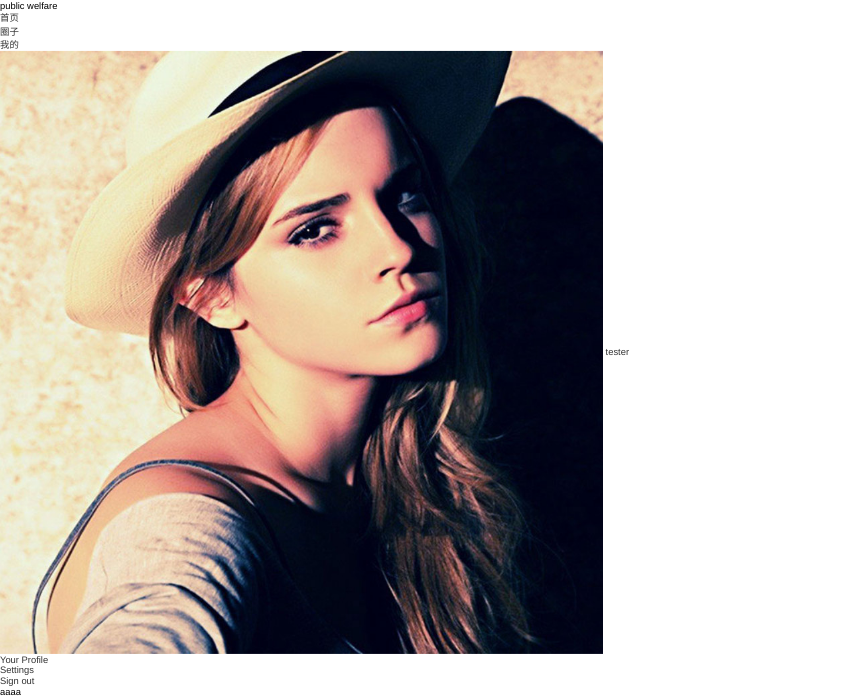
Repository: wjiawei97/FrontEndExercises
Page: 6. bigEvent/index.html
An editor plug-in stored every save of this project. The page is shown before and after the next save, followed by the edit.
The browser window is 1280 px wide. The pictures show the whole page, at 67% of full size.

Above is the page before, as saved 2021-08-12 06:27:06.

After the next save:
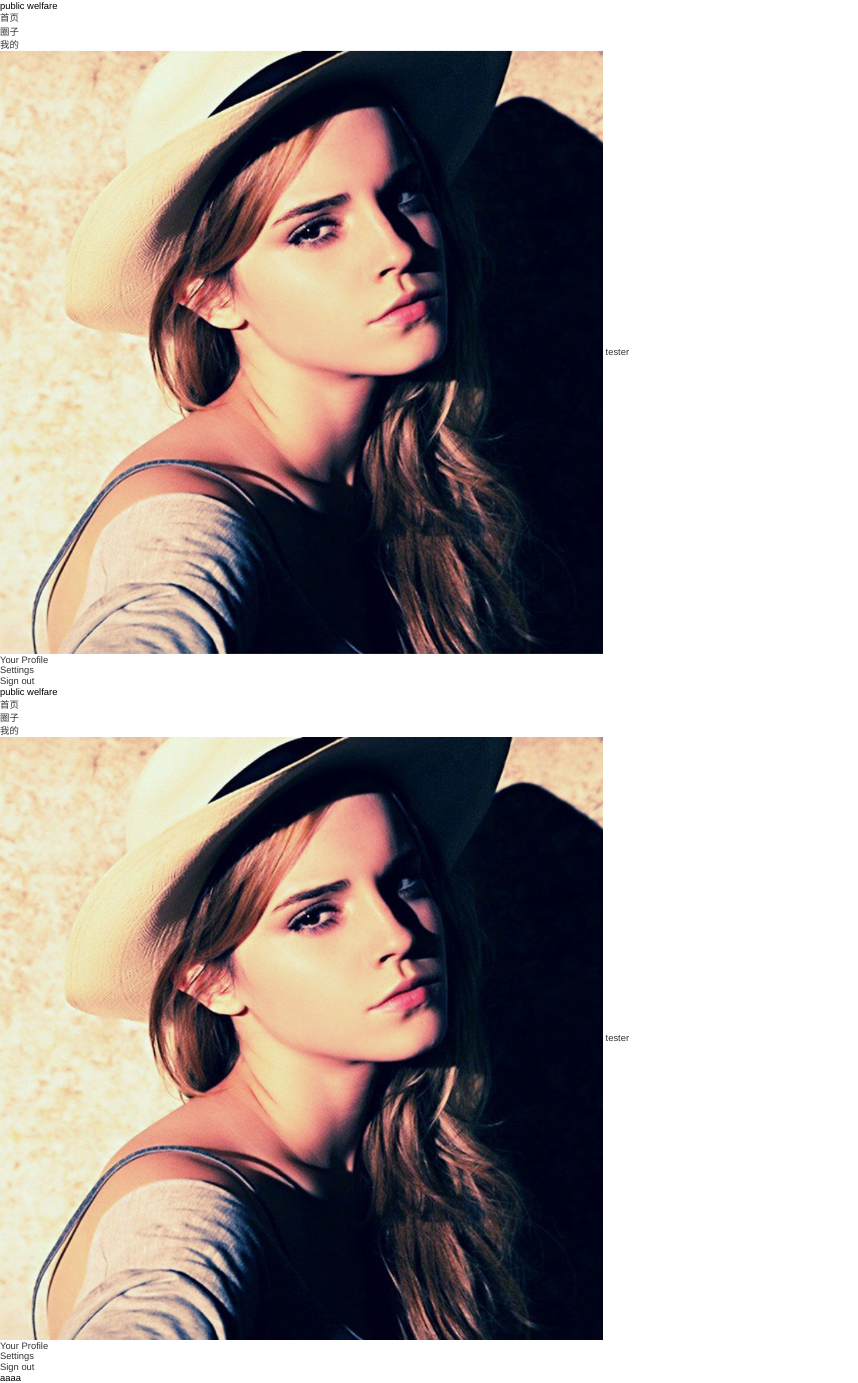
Saved 86 s later.
--- a/6. bigEvent/index.html
+++ b/6. bigEvent/index.html
@@ -1,3 +1,64 @@
+<!DOCTYPE html>
+<html lang="en">
+
+<head>
+    <meta charset="UTF-8">
+    <meta http-equiv="X-UA-Compatible" content="IE=edge">
+    <meta name="viewport" content="width=device-width, initial-scale=1.0">
+    <title>Document</title>
+    <link rel="stylesheet" href="./assets/css/common.css">
+    <style>
+        /* 移动端 */
+        @media screen and (max-width: 768px) {
+          .pb-layout-admin .pb-layout-left,
+          .pb-layout-admin .pb-body,
+          .pb-layout-admin .pb-footer{left: 0;}
+          .pb-layout-admin .pb-side{left: -300px;}
+        }
+      </style>
+</head>
+
+<body>
+    <div class="pb-layout pb-layout-admin">
+        <!-- 网页顶部区域 -->
+        <div class="pb-header">
+            <div class="pb-logo pb-hide-xs pb-bg-black">public welfare</div>
+            <!-- 头部水平导航栏区域 -->
+            <ul class="pb-nav pb-layout-left">
+                <!-- 在移动端显示 -->
+                <li class="pb-nav-item pb-show-xs-inline-block pb-hide-sm">
+                    <i class="pb-icon pb-icon-spread-left"></i>
+                </li>
+                <li class="pb-nav-item pb-hide-xs"><a href="">首页</a></li>
+                <li class="pb-nav-item pb-hide-xs"><a href="">圈子</a></li>
+                <li class="pb-nav-item pb-hide-xs"><a href="">我的</a></li>
+            </ul>
+            <ul class="pb-nav pb-layout-right">
+                <li class="pb-nav-item pb-hide pb-show-md-inline-block">
+                    <a href="javascript:;">
+                        <img src="./assets/images/sample.jpg"
+                            class="pb-nav-img">
+                        tester
+                    </a>
+                    <dl class="pb-nav-child">
+                        <dd><a href="">Your Profile</a></dd>
+                        <dd><a href="">Settings</a></dd>
+                        <dd><a href="">Sign out</a></dd>
+                    </dl>
+                </li>
+            </ul>
+        </div>
+
+        <!-- 左侧侧边栏区域 -->
+        <div class="pb-side pb-bg-black">
+            <div class="pb-side-scroll">
+                <div class="pb-nav"></div>
+            </div>
+        </div>
+    </div>
+</body>
+
+</html>
 <!DOCTYPE html>
 <html lang="en">
 
